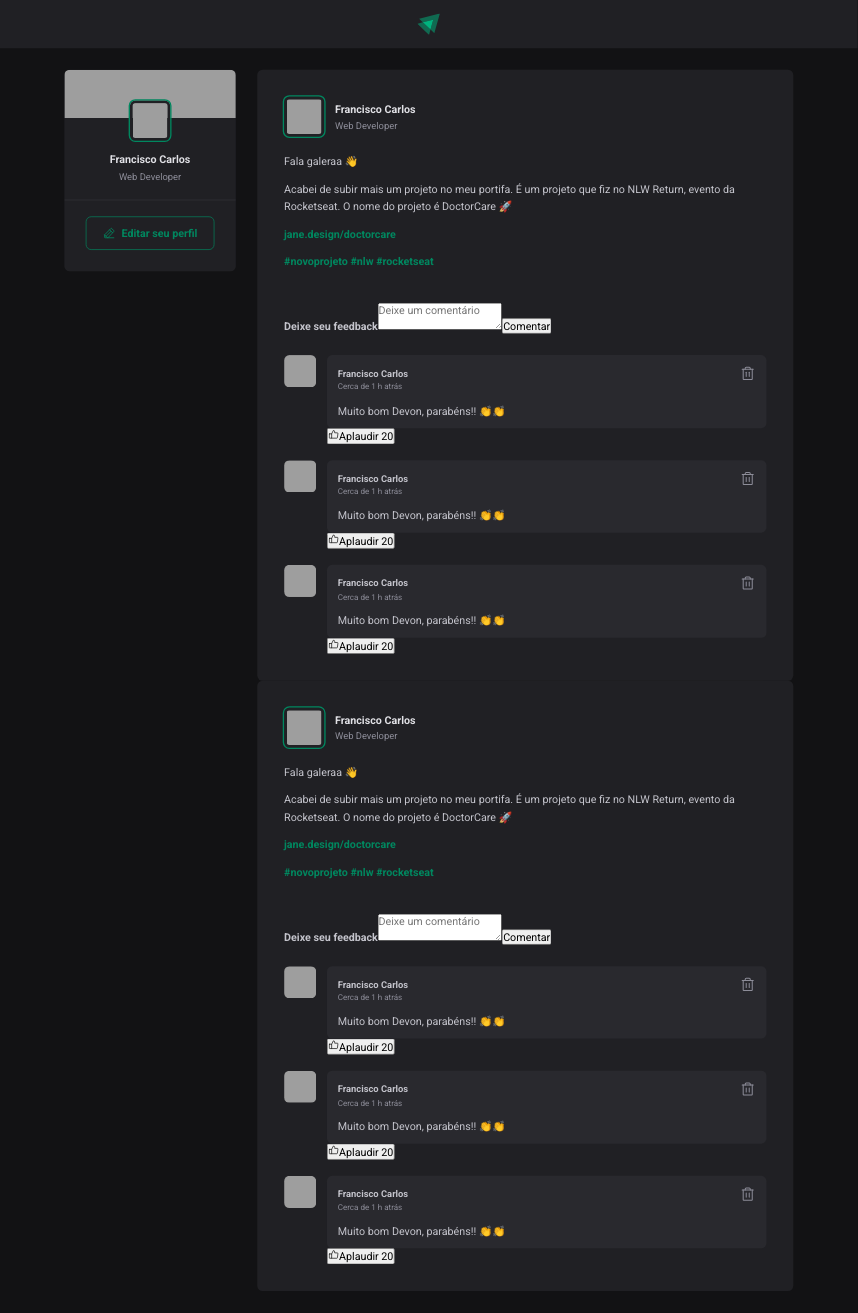
Repository: ch1coon/AulasRocketseat
Page: / (app in Ignite/aulas/01-fundamentos-reactjs/)
An editor plug-in stored every save of this project. The page is shown before and after the next save, followed by the edit.
The browser window is 1280 px wide. The pictures show the whole page, at 67% of full size.
Pictures or frames that could not be fetched are drawn as grey boxes. The project was rebuilt for these pictures with package versions that can differ from the ones it lists, and the page was loaded fresh each time. Also part of the build but not shown: Ignite/aulas/01-fundamentos-reactjs/vite.config.js.

Above is the page before, as saved 2023-08-12 08:44:41.

### Ignite/aulas/01-fundamentos-reactjs/index.html
<!DOCTYPE html>
<html lang="en">
  <head>
    <meta charset="UTF-8" />
    <link rel="preconnect" href="https://fonts.googleapis.com" />
    <link rel="preconnect" href="https://fonts.gstatic.com" crossorigin />

    <link rel="icon" type="image/svg+xml" href="/vite.svg" />
    <meta name="viewport" content="width=device-width, initial-scale=1.0" />

    <link
      href="https://fonts.googleapis.com/css2?family=Roboto:wght@400;700&display=swap"
      rel="stylesheet"
    />
    <title>Vite + React</title>
  </head>
  <body>
    <div id="root"></div>
    <script type="module" src="/src/main.jsx"></script>
  </body>
</html>

### Ignite/aulas/01-fundamentos-reactjs/src/App.jsx
import { Post } from "./components/Post";
import { Header } from "./components/Header";
import { Sidebar } from "./components/Sidebar";

import styles from "./App.module.css";

import "./global.css";

export function App() {
  return (
    <div>
      <Header />

      <div className={styles.wrapper}>
        <Sidebar/>
        <main>
          <Post
            author="Diego Fernandes"
            content="Lorem ipsum dolor sit amet consectetur adipisicing elit. Rerum dolorem fuga odio voluptas voluptate rem dolores earum culpa, voluptatibus id nisi, qui, quae tempore quas facilis numquam blanditiis modi autem."
          />
          <Post
            author="Gabriel Guzzi"
            content="Lorem ipsum dolor sit amet consectetur adipisicing elit. Rerum dolorem fuga odio voluptas voluptate rem dolores earum culpa, voluptatibus id nisi, qui, quae tempore quas facilis numquam blanditiis modi autem."
          />
        </main>
      </div>
    </div>
  );
}

### Ignite/aulas/01-fundamentos-reactjs/src/components/Post.jsx
import { Comment } from "./Comment";
import styles from "./Post.module.css";

export function Post() {
  return (
    <article className={styles.post}>
      <header>
        <div className={styles.author}>
          <img className={styles.avatar} src="https://github.com/ch1coon.png" />
          <div className={styles.authorInfo}>
            <strong>Francisco Carlos</strong>
            <span>Web Developer</span>
          </div>
        </div>

        <time title="11 de Maio às 08:51" dateTime="2023-07-26 08:49:38"></time>
      </header>

      <div className={styles.content}>
        <p>Fala galeraa 👋</p>

        <p>
          Acabei de subir mais um projeto no meu portifa. É um projeto que fiz
          no NLW Return, evento da Rocketseat. O nome do projeto é DoctorCare 🚀
        </p>

        <p>
          <a href="">jane.design/doctorcare</a>
        </p>

        <p>
          <a href="">#novoprojeto</a> <a href="">#nlw</a>{" "}
          <a href="">#rocketseat</a>{" "}
        </p>
      </div>

      <form className={styles.commentForm}>
        <strong>Deixe seu feedback</strong>
        <textarea placeholder="Deixe um comentário" />

        <button type="submit">Comentar</button>
      </form>

      <div className={styles.commentList}>
        <Comment />
        <Comment />
        <Comment />
      </div>
    </article>
  );
}

### Ignite/aulas/01-fundamentos-reactjs/src/components/Header.jsx
import styles from "./Header.module.css";

import igniteLogo from '../assets/Ignite-logo.svg';

export function Header() {
  return (
    <header className={styles.header}>
      <img src={igniteLogo} alt="Logotipo do Ignite" />
    </header>
  );
}

### Ignite/aulas/01-fundamentos-reactjs/src/components/Sidebar.jsx
import { PencilLine } from "phosphor-react";

import styles from "./Sidebar.module.css";

export function Sidebar() {
  return (
    <aside className={styles.sidebar}>
      <img
        className={styles.cover}
        src="https://images.unsplash.com/photo-1571757767119-68b8dbed8c97?ixlib=rb-4.0.3&ixid=M3wxMjA3fDB8MHxwaG90by1wYWdlfHx8fGVufDB8fHx8fA%3D%3D&auto=format&fit=crop&w=500&q=50"
      />
      <div className={styles.profile}>
        <img className={styles.avatar} src="https://github.com/ch1coon.png" />
        <strong> Francisco Carlos</strong>
        <span>Web Developer</span>
      </div>

      <footer>
        <a href="#">
          <PencilLine size={20}/>
          Editar seu perfil
        </a>
      </footer>
    </aside>
  );
}

### Ignite/aulas/01-fundamentos-reactjs/src/App.module.css
.wrapper {
    max-width: 70rem;
    margin: 2rem auto;
    padding: 0 1rem;

    display: grid;
    grid-template-columns: 256px 1fr;
    gap: 2rem;
    align-items: flex-start;

}

### Ignite/aulas/01-fundamentos-reactjs/src/global.css
:root {
  --white: #fff;
  --gray-100: #e1e1e6;
  --gray-300: #c4c4cc;
  --gray-400: #8d8d99;
  --gray-600: #323238;
  --gray-700: #29292e;
  --gray-800: #202024;
  --gray-900: #121214;

  --green-300: #00837e;
  --green-500: #00875f;

  --red-500: #f75a68;
}

* {
  margin: 0;
  padding: 0;
  box-sizing: border-box;
}

body {
  background: var(--gray-900);
  color: var(--gray-300);
  -webkit-font-smoothing: antialiased;
}

body,
input,
textarea,
button {
  font-family: "Roboto", sans-serif;
  font-weight: 400;
  font-size: 1rem;
}

### Ignite/aulas/01-fundamentos-reactjs/src/components/Comment.jsx
import styles from "./Comment.module.css";
import { ThumbsUp, Trash } from "phosphor-react";

export function Comment() {
  return (
    <div className={styles.comment}>
      <img src="https://github.com/ch1coon.png" />

      <div className={styles.commentBox}>
        <div className={styles.commentContent}>
          <header>
            <div className={styles.authorAndTime}>
              <strong>Francisco Carlos</strong>
              <time title="11 de Maio às 08:51" dateTime="2023-07-26 08:49:38">
                Cerca de 1 h atrás
              </time>
            </div>
            <button title="Deletar comentário">
              <Trash size={24} />
            </button>
          </header>

          <p>Muito bom Devon, parabéns!! 👏👏</p>
        </div>
        <footer>
          <button>
            <ThumbsUp />
            Aplaudir <span>20</span>
          </button>
        </footer>
      </div>
    </div>
  );
}

### Ignite/aulas/01-fundamentos-reactjs/src/components/Post.module.css
.post {
  background: var(--gray-800);
  border-radius: 8px;
  padding: 2.5rem;
}

.post + post {
  margin-top: 2rem;
}

.content {
  line-height: 1.6;
  color: var(--gray-300);
  margin-top: 1.5rem;
}

.content p {
  margin-top: 1rem;
}

.content a {
  font-weight: bold;
  color: var(--green-500);
  text-decoration: none;
}

.content a:hover {
  color: var(--green-300);
}

.post > header {
  display: flex;
  align-items: center;
  justify-content: space-between;
}

.post > header time {
  font-size: 0.875rem;
  color: var(--gray-400);
}

.author {
  display: flex;
  align-items: center;
  gap: 1rem;
}

.author img {
  width: calc(3rem + 12px);
  height: calc(3rem + 12px);
  border-radius: 8px;
  border: 4px solid var(--gray-800);
  outline: 2px solid var(--green-500);
}

.authorInfo strong {
  display: block;
  color: var(--gray-100);
  line-height: 1.6;
}

.authorInfo span {
  display: block;
  font-size: 0.875rem;
  color: var(--gray-400);
  line-height: 1.6;
}

.commentForm {
  width: 100%;
  margin-top: 1.5rem;
  padding-top: 1.5rem;
  border-top: 1.5rem;
}

.commentList {
  margin-top: 2rem;
}

### Ignite/aulas/01-fundamentos-reactjs/src/components/Header.module.css
.header {
  background: var(--gray-800);
  display: flex;
  justify-content: center;
  padding: 1.25rem 0 ;
}

.header img {
    height: 2rem;
}

### Ignite/aulas/01-fundamentos-reactjs/src/components/Sidebar.module.css
.sidebar {
  background: var(--gray-800);
  border-radius: 8px;
  overflow: hidden;
}

.cover {
  width: 100%;
  height: 72px;
  object-fit: cover;
}

.profile {
  display: flex;
  flex-direction: column;
  align-items: center;

  margin-top: calc(0px - 1.5rem - 6px);
}

.avatar {
    width: calc(3rem + 12px);
    height: calc(3rem + 12px);
    border-radius: 8px;
    border: 4px solid var(--gray-800);
    outline: 2px solid var(--green-500);
}

.profile strong {
    margin-top: 1rem;
    color: var(--gray-100);
    line-height: 1.6;
}

.profile span {
    font-size: 0.875rem;
    color: var(--gray-400);
    line-height: 1.6;
}

.sidebar footer {
  border-top: 1px solid var(--gray-600);
  margin-top: 1.5rem;
  padding: 1.5rem 2rem 2rem;
}

.sidebar footer a {
  background: transparent;
  color: var(--green-500);
  border: 1px solid var(--green-500);
  border-radius: 8px;
  height: 50px;
  padding: 0 1.5rem;
  font-weight: bold;
  display: block;
  text-decoration: none;
  display: flex;
  align-items: center;
  justify-content: center;

  gap: 0.5rem;

  transition: color 0.1s, background-color 0.1s;
}

.sidebar footer a:Hover {
    background: var(--green-500);
    color: var(--white);
}

### Ignite/aulas/01-fundamentos-reactjs/src/components/Comment.module.css
.comment {
  margin-top: 1.5rem;
  display: flex;
  gap: 1rem;
}

.comment > img {
  width: 3rem;
  height: 3rem;
  border-radius: 8px;
}

.commentBox {
  flex: 1;
}

.commentContent {
  background: var(--gray-700);
  border-radius: 8px;
  padding: 1rem;
}

.commentContent header {
  display: flex;
  align-items: flex-start;
  justify-content: space-between;
}

.authorAndTime strong {
  display: block;
  font-size: 0.875rem;
  line-height: 1.6;
}

.authorAndTime time {
  display: block;
  font-size: 0.75rem;
  line-height: 1.6;
  color: var(--gray-400);
}

.commentContent header button {
  background: transparent;
  border: 0;
  color: var(--gray-400);
  cursor: pointer;
  line-height: 0;
  border-radius: 2px;
}

.commentContent header button:hover {
  color: var(--red-500);
}

.commentContent p {
  margin-top: 1rem;
  color: var(--gray-300);
}

Loaded but not shown: Ignite/aulas/01-fundamentos-reactjs/src/main.jsx (common file)

After the next save:
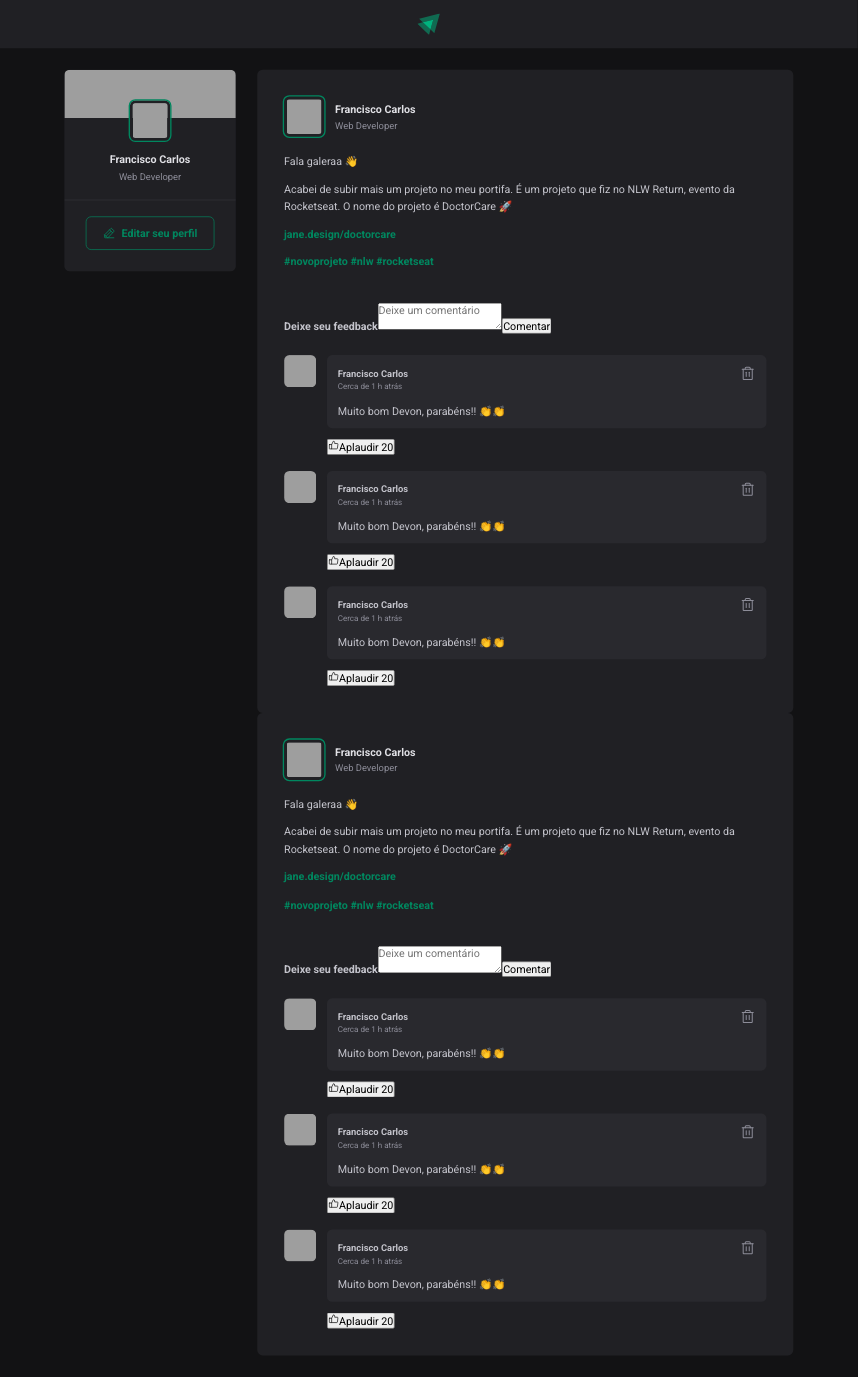
Saved 22 s later.
--- a/Ignite/aulas/01-fundamentos-reactjs/src/components/Comment.module.css
+++ b/Ignite/aulas/01-fundamentos-reactjs/src/components/Comment.module.css
@@ -56,3 +56,7 @@
   margin-top: 1rem;
   color: var(--gray-300);
 }
+
+.commentBox footer {
+  margin-top: 1rem;
+}
